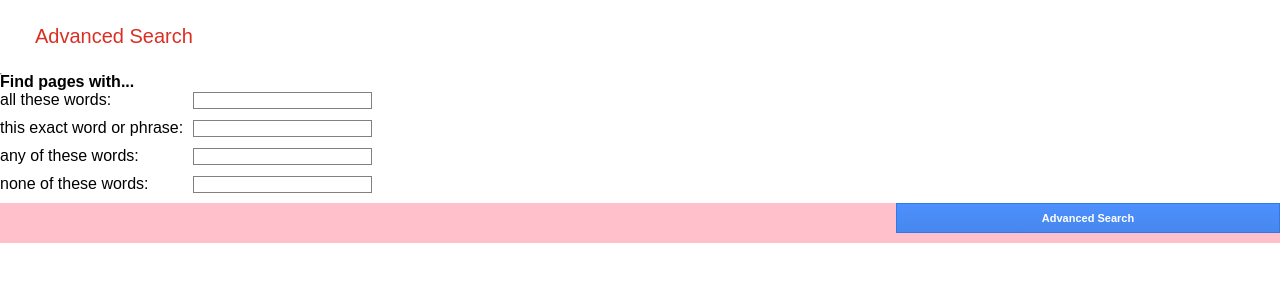
Repository: etentuk/search
Page: advanced_search.html
These files come from the project's save history. The page is drawn as it stood at one moment and after the next save; the edit follows.
The browser window is 1280 px wide. The pictures show the whole page.

Above is the page before, as saved 2021-11-05 00:16:25.

After the next save:
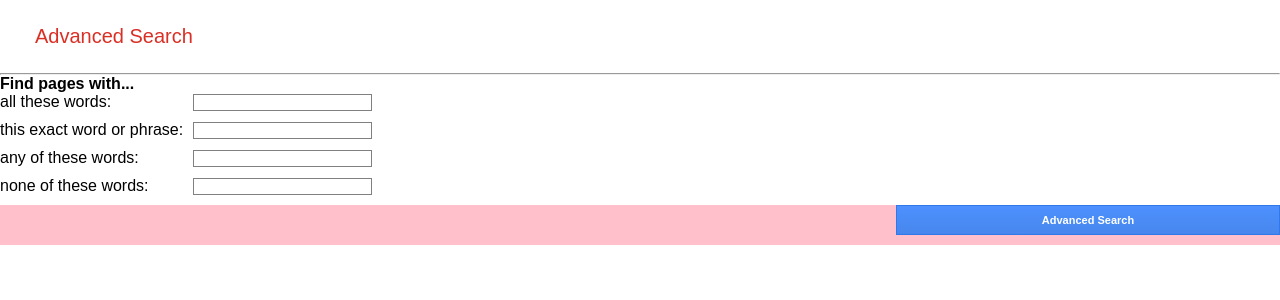
Saved 30 s later.
--- a/advanced_search.html
+++ b/advanced_search.html
@@ -10,9 +10,7 @@
     <div id="title">
         Advanced Search
     </div>
-    <div class="horizontalLine" style="position: absolute;">
-        <hr class="solid" style="width: 100%;">
-    </div>
+    <hr class="solid" style="width: 100%;">
     <h4>Find pages with...</h4>
     <form action="https://google.com/search" class="form-example">
         <div style="display: table-row;">
